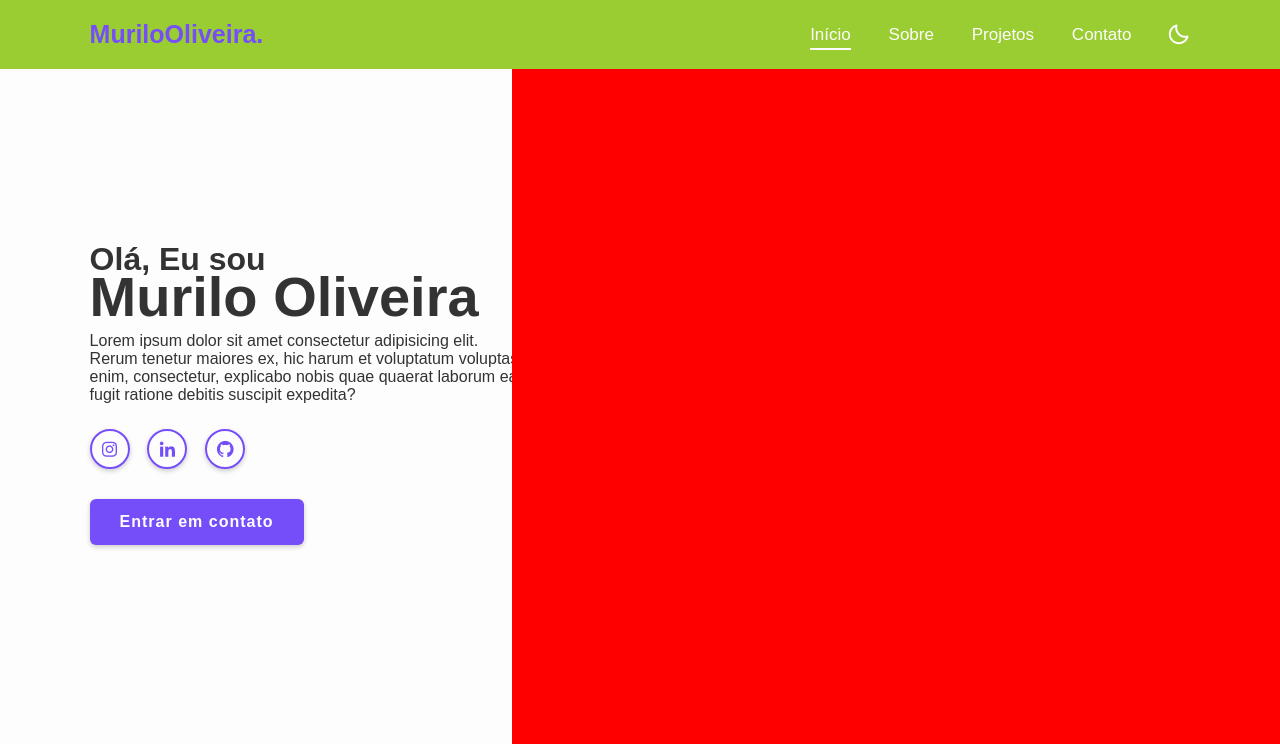
Repository: devMuriloOliveira/Portfolio-
Page: index.html
These files come from the project's save history. The page is drawn as it stood at one moment and after the next save; the edit follows.
The browser window is 1280 px wide. The pictures show the whole page.

Above is the page before, as saved 2023-03-11 14:54:49.

After the next save:
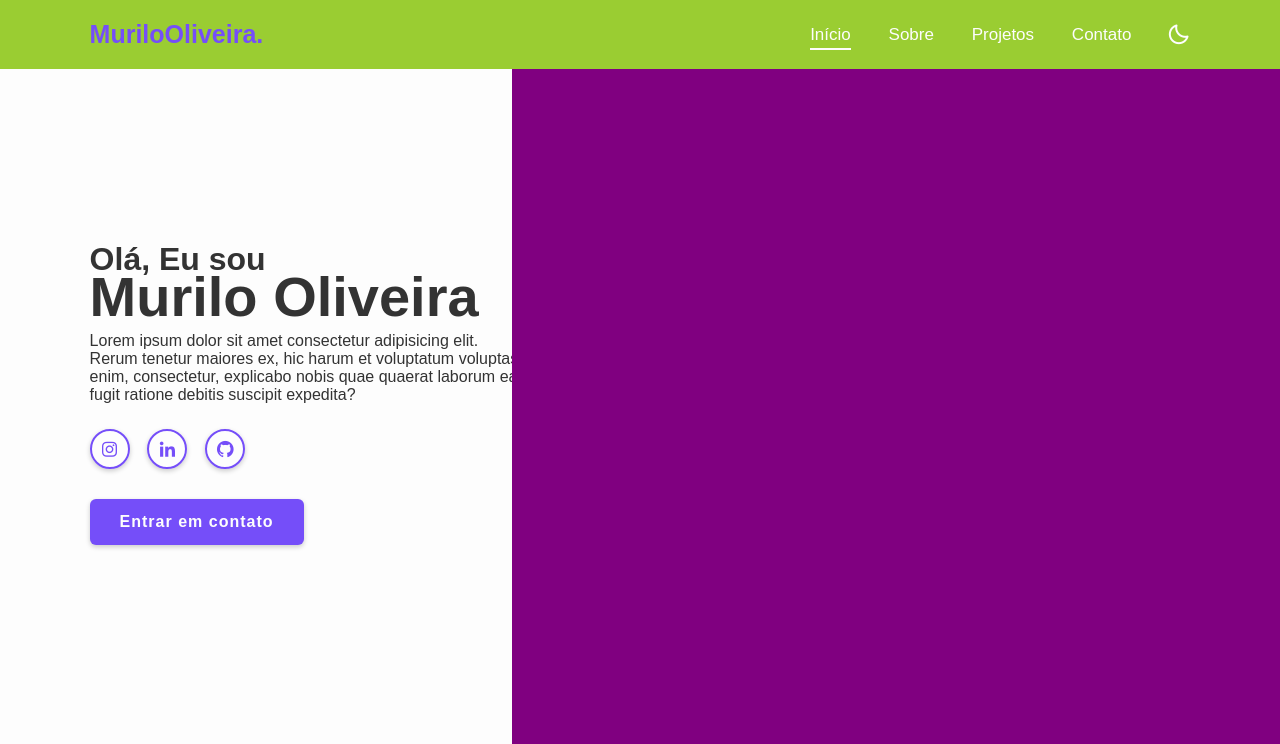
Saved 47 s later.
--- a/style.css
+++ b/style.css
@@ -155,5 +155,10 @@ section{
 }
 
 .inicio .profession-container .profession-box{
-
+  position: absolute;
+  top: 0;
+  right: 0;
+  width: 768px;
+  height: 768px;
+  background: purple;
 }
